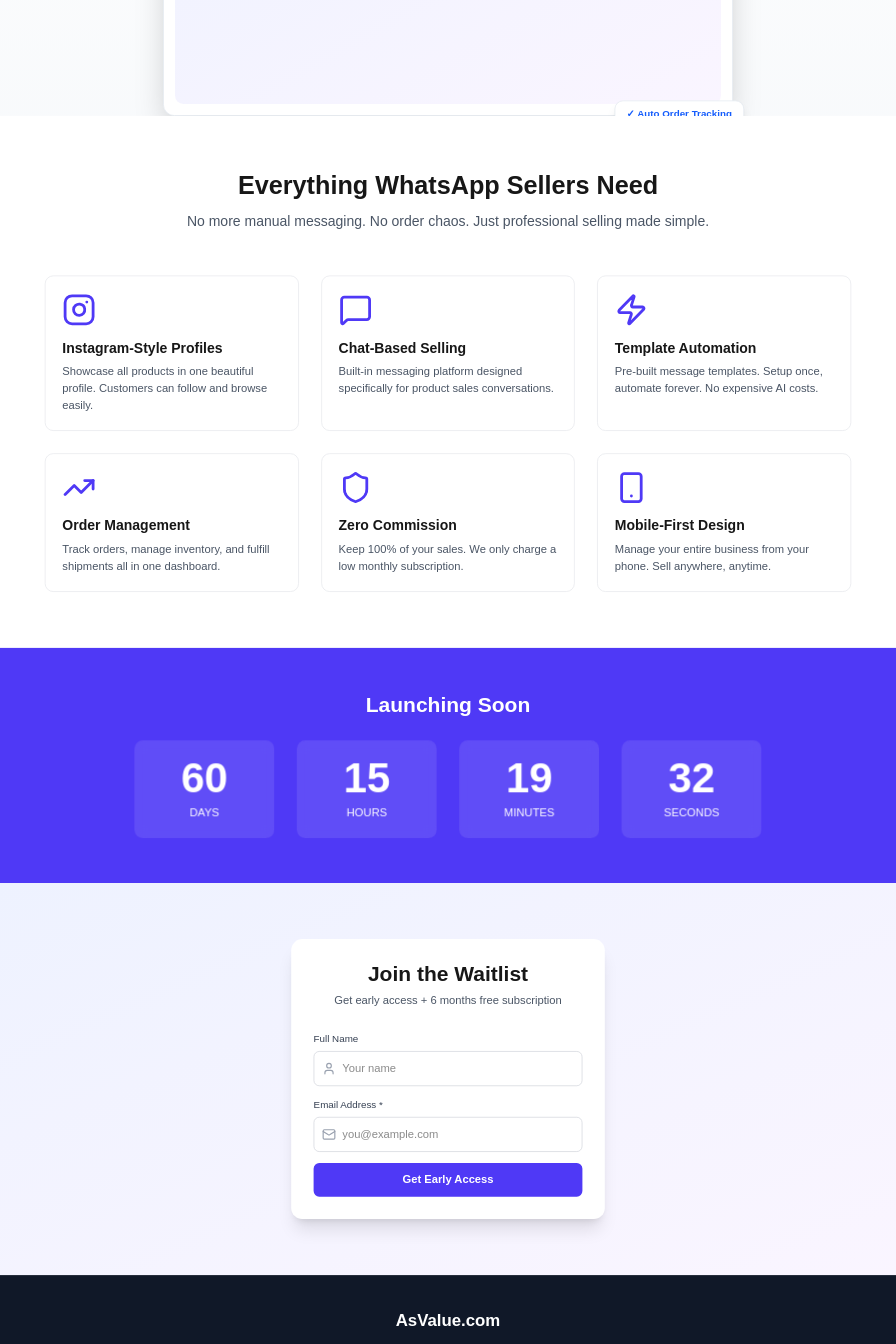
Repository: vikkii2005/asvalue-waitlist
Page: /
These files come from the project's save history. The page is drawn as it stood at one moment and after the next save; the edit follows.
The browser window is 1280 px wide. The pictures show the part of the page from y = 1112 to 3032 px (the page is 3137 px tall before and 3761 px after), at 70% of full size.
The page's requests for data from a server got no answer. The project was rebuilt for these pictures with package versions that can differ from the ones it lists, and the page was loaded fresh each time. The framework's server and built-in components were replaced by stand-ins that run in the browser. No one was signed in, and anything a server would have sent is missing. Also part of the build but not shown: next.config.ts.

Above is the page before, as saved 2025-10-31 08:55:29.

### app/layout.tsx
import { Analytics } from '@vercel/analytics/react'
import type { Metadata } from 'next'
import './globals.css'

export const metadata: Metadata = {
  title: 'AsValue - Professional WhatsApp Selling Platform',
  description: 'Transform your WhatsApp business with automated messaging, order management, and zero commission. Join the waitlist today!',
  openGraph: {
    title: 'AsValue - Sell Like a Pro on WhatsApp',
    description: 'Zero commission WhatsApp selling platform',
    url: 'https://asvalue.com',
  },
}

export default function RootLayout({
  children,
}: {
  children: React.ReactNode
}) {
  return (
    <html lang="en">
      <body className="antialiased">
        {children}
        <Analytics />
      </body>
    </html>
  )
}

### app/page.tsx
import Hero from '@/components/Hero'
import Features from '@/components/Features'
import WaitlistForm from '@/components/WaitlistForm'
import CountdownTimer from '@/components/CountdownTimer'

export default function Home() {
  return (
    <main className="min-h-screen">
      <Hero />
      <Features />
      <CountdownTimer />
      <WaitlistForm />

      {/* Footer */}
      <footer className="bg-gray-900 text-white py-12 px-4">
        <div className="max-w-6xl mx-auto text-center">
          <h3 className="text-2xl font-bold mb-4">AsValue.com</h3>
          <p className="text-gray-400">
            Professional WhatsApp selling platform • Zero commission • Subscription-based
          </p>
          <p className="text-gray-500 mt-4 text-sm">
            © 2025 AsValue. All rights reserved.
          </p>
        </div>
      </footer>
    </main>
  )
}

### components/Hero.tsx
'use client'

import { ArrowRight, CheckCircle, Star } from 'lucide-react'

export default function Hero() {
  return (
    <section className="relative min-h-screen flex items-center justify-center bg-gradient-to-b from-slate-50 via-white to-slate-50 px-4 overflow-hidden">
      {/* Background Gradient Orbs */}
      <div className="absolute top-0 left-1/4 w-96 h-96 bg-indigo-200 rounded-full mix-blend-multiply filter blur-3xl opacity-20 animate-blob"></div>
      <div className="absolute top-0 right-1/4 w-96 h-96 bg-purple-200 rounded-full mix-blend-multiply filter blur-3xl opacity-20 animate-blob animation-delay-2000"></div>
      <div className="absolute bottom-0 left-1/3 w-96 h-96 bg-pink-200 rounded-full mix-blend-multiply filter blur-3xl opacity-20 animate-blob animation-delay-4000"></div>

      <div className="relative max-w-7xl mx-auto">
        {/* Trust Indicators */}
        <div className="flex justify-center items-center gap-6 mb-8">
          <div className="flex items-center gap-2 bg-white rounded-full px-4 py-2 shadow-sm border border-slate-200">
            <Star className="w-4 h-4 text-yellow-500 fill-yellow-500" />
            <span className="text-sm font-medium text-slate-700">Trusted by 1000+ sellers</span>
          </div>
          <div className="flex items-center gap-2 bg-white rounded-full px-4 py-2 shadow-sm border border-slate-200">
            <CheckCircle className="w-4 h-4 text-green-600" />
            <span className="text-sm font-medium text-slate-700">Zero Commission</span>
          </div>
        </div>

        {/* Main Content */}
        <div className="text-center max-w-5xl mx-auto">
          <h1 className="text-6xl md:text-7xl lg:text-8xl font-bold text-slate-900 mb-6 leading-tight tracking-tight">
            Stop Losing Sales
            <br />
            <span className="bg-gradient-to-r from-indigo-600 via-purple-600 to-pink-600 bg-clip-text text-transparent">
              Start Selling Smart
            </span>
          </h1>

          <p className="text-xl md:text-2xl text-slate-600 mb-4 max-w-3xl mx-auto leading-relaxed">
            AsValue transforms chaotic WhatsApp selling into a professional business with Instagram-style profiles, automated messaging, and seamless order management.
          </p>

          <p className="text-lg text-slate-500 mb-12 max-w-2xl mx-auto">
            Join thousands of WhatsApp sellers who eliminated manual messaging chaos and now close 3x more sales with our all-in-one platform.
          </p>

          {/* CTA Buttons */}
          <div className="flex flex-col sm:flex-row items-center justify-center gap-4 mb-12">
            <button
              onClick={() => document.getElementById('waitlist-form')?.scrollIntoView({ behavior: 'smooth' })}
              className="group bg-indigo-600 hover:bg-indigo-700 text-white px-8 py-4 rounded-xl font-semibold text-lg flex items-center gap-2 transition-all transform hover:scale-105 shadow-lg hover:shadow-xl"
            >
              Join Waitlist - Get 6 Months Free
              <ArrowRight className="w-5 h-5 group-hover:translate-x-1 transition-transform" />
            </button>
            <button
              onClick={() => document.getElementById('problems')?.scrollIntoView({ behavior: 'smooth' })}
              className="bg-white hover:bg-slate-50 text-slate-700 border-2 border-slate-300 px-8 py-4 rounded-xl font-semibold text-lg transition-all"
            >
              See How It Works
            </button>
          </div>

          {/* Early Bird Benefits */}
          <div className="inline-flex items-center gap-2 bg-gradient-to-r from-yellow-50 to-orange-50 border border-yellow-200 px-6 py-3 rounded-full">
            <span className="text-2xl">🎁</span>
            <span className="text-sm font-medium text-slate-700">
              <strong>Early members only:</strong> 6 months free + lifetime founding member perks + priority support
            </span>
          </div>
        </div>

        {/* Mock Dashboard Preview */}
        <div className="mt-16 relative">
          <div className="bg-white rounded-2xl shadow-2xl border border-slate-200 p-4 max-w-5xl mx-auto">
            <div className="bg-gradient-to-br from-indigo-50 to-purple-50 rounded-xl aspect-video flex items-center justify-center">
              <div className="text-center p-8">
                <div className="w-20 h-20 bg-indigo-600 rounded-2xl mx-auto mb-4 flex items-center justify-center">
                  <span className="text-4xl">📱</span>
                </div>
                <p className="text-slate-600 font-medium">Platform Preview Coming Soon</p>
              </div>
            </div>
          </div>
          {/* Floating Elements */}
          <div className="absolute -top-4 -left-4 bg-white rounded-xl shadow-lg px-4 py-2 border border-slate-200">
            <p className="text-sm font-semibold text-green-600">✓ No Manual Messages</p>
          </div>
          <div className="absolute -bottom-4 -right-4 bg-white rounded-xl shadow-lg px-4 py-2 border border-slate-200">
            <p className="text-sm font-semibold text-blue-600">✓ Auto Order Tracking</p>
          </div>
        </div>
      </div>
    </section>
  )
}

### components/Features.tsx
import { Instagram, MessageSquare, Zap, TrendingUp, Shield, Smartphone } from 'lucide-react'

const features = [
  {
    icon: Instagram,
    title: 'Instagram-Style Profiles',
    description: 'Showcase all products in one beautiful profile. Customers can follow and browse easily.'
  },
  {
    icon: MessageSquare,
    title: 'Chat-Based Selling',
    description: 'Built-in messaging platform designed specifically for product sales conversations.'
  },
  {
    icon: Zap,
    title: 'Template Automation',
    description: 'Pre-built message templates. Setup once, automate forever. No expensive AI costs.'
  },
  {
    icon: TrendingUp,
    title: 'Order Management',
    description: 'Track orders, manage inventory, and fulfill shipments all in one dashboard.'
  },
  {
    icon: Shield,
    title: 'Zero Commission',
    description: 'Keep 100% of your sales. We only charge a low monthly subscription.'
  },
  {
    icon: Smartphone,
    title: 'Mobile-First Design',
    description: 'Manage your entire business from your phone. Sell anywhere, anytime.'
  }
]

export default function Features() {
  return (
    <section className="py-20 px-4 bg-white">
      <div className="max-w-6xl mx-auto">
        <h2 className="text-4xl font-bold text-center mb-4">
          Everything WhatsApp Sellers Need
        </h2>
        <p className="text-xl text-gray-600 text-center mb-16">
          No more manual messaging. No order chaos. Just professional selling made simple.
        </p>

        <div className="grid md:grid-cols-2 lg:grid-cols-3 gap-8">
          {features.map((feature, index) => (
            <div key={index} className="p-6 rounded-xl border border-gray-200 hover:border-indigo-300 hover:shadow-lg transition-all">
              <feature.icon className="w-12 h-12 text-indigo-600 mb-4" />
              <h3 className="text-xl font-semibold mb-2">{feature.title}</h3>
              <p className="text-gray-600">{feature.description}</p>
            </div>
          ))}
        </div>
      </div>
    </section>
  )
}

### components/WaitlistForm.tsx
'use client'

import { useState, useEffect } from 'react'
import { supabase } from '@/lib/supabase'
import toast, { Toaster } from 'react-hot-toast'
import { Loader2, Mail, User } from 'lucide-react'

export default function WaitlistForm() {
  const [email, setEmail] = useState('')
  const [fullName, setFullName] = useState('')
  const [loading, setLoading] = useState(false)
  const [referralCode, setReferralCode] = useState<string | null>(null)
  const [showDashboard, setShowDashboard] = useState(false)
  const [userReferralCode, setUserReferralCode] = useState('')

  useEffect(() => {
    // Get referral code from URL
    const params = new URLSearchParams(window.location.search)
    const ref = params.get('ref')
    if (ref) {
      setReferralCode(ref)
      localStorage.setItem('referralCode', ref)
    }
  }, [])

  const generateReferralCode = () => {
    return Math.random().toString(36).substring(2, 10).toUpperCase()
  }

  const handleSubmit = async (e: React.FormEvent) => {
    e.preventDefault()
    setLoading(true)

    try {
      const newReferralCode = generateReferralCode()

      // Insert user into waitlist
      const { data, error } = await supabase
        .from('waitlist')
        .insert([
          {
            email,
            full_name: fullName,
            referral_code: newReferralCode,
            referred_by: referralCode || null
          }
        ])
        .select()

      if (error) throw error

      // Update referrer's count if they exist
      if (referralCode) {
        await supabase.rpc('increment_referral_count', {
          ref_code: referralCode
        })
      }

      setUserReferralCode(newReferralCode)
      setShowDashboard(true)
      toast.success('🎉 You\'re on the waitlist!')

    } catch (error: any) {
      if (error.code === '23505') {
        toast.error('This email is already registered!')
      } else {
        toast.error('Something went wrong. Please try again.')
      }
    } finally {
      setLoading(false)
    }
  }

  if (showDashboard) {
    return <ReferralDashboard referralCode={userReferralCode} email={email} />
  }

  return (
    <section id="waitlist-form" className="py-20 px-4 bg-gradient-to-br from-indigo-50 to-purple-50">
      <Toaster position="top-center" />
      <div className="max-w-md mx-auto">
        <div className="bg-white rounded-2xl shadow-xl p-8">
          <h2 className="text-3xl font-bold text-center mb-2">
            Join the Waitlist
          </h2>
          <p className="text-gray-600 text-center mb-8">
            Get early access + 6 months free subscription
          </p>

          <form onSubmit={handleSubmit} className="space-y-4">
            <div>
              <label className="block text-sm font-medium text-gray-700 mb-2">
                Full Name
              </label>
              <div className="relative">
                <User className="absolute left-3 top-1/2 transform -translate-y-1/2 w-5 h-5 text-gray-400" />
                <input
                  type="text"
                  value={fullName}
                  onChange={(e) => setFullName(e.target.value)}
                  className="w-full pl-10 pr-4 py-3 border border-gray-300 rounded-lg focus:ring-2 focus:ring-indigo-500 focus:border-transparent"
                  placeholder="Your name"
                />
              </div>
            </div>

            <div>
              <label className="block text-sm font-medium text-gray-700 mb-2">
                Email Address *
              </label>
              <div className="relative">
                <Mail className="absolute left-3 top-1/2 transform -translate-y-1/2 w-5 h-5 text-gray-400" />
                <input
                  type="email"
                  value={email}
                  onChange={(e) => setEmail(e.target.value)}
                  required
                  className="w-full pl-10 pr-4 py-3 border border-gray-300 rounded-lg focus:ring-2 focus:ring-indigo-500 focus:border-transparent"
                  placeholder="you@example.com"
                />
              </div>
            </div>

            <button
              type="submit"
              disabled={loading}
              className="w-full bg-indigo-600 hover:bg-indigo-700 disabled:bg-gray-400 text-white py-3 rounded-lg font-semibold flex items-center justify-center gap-2 transition-all"
            >
              {loading ? (
                <>
                  <Loader2 className="w-5 h-5 animate-spin" />
                  Joining...
                </>
              ) : (
                'Get Early Access'
              )}
            </button>
          </form>

          {referralCode && (
            <p className="mt-4 text-sm text-center text-green-600">
              ✨ You were referred! You'll both move up the waitlist.
            </p>
          )}
        </div>
      </div>
    </section>
  )
}

### components/CountdownTimer.tsx
'use client'

import { useState, useEffect } from 'react'

export default function CountdownTimer() {
  const [timeLeft, setTimeLeft] = useState({
    days: 0,
    hours: 0,
    minutes: 0,
    seconds: 0
  })

  useEffect(() => {
    // Set your launch date here
    const launchDate = new Date('2025-12-31T00:00:00').getTime()

    const timer = setInterval(() => {
      const now = new Date().getTime()
      const distance = launchDate - now

      setTimeLeft({
        days: Math.floor(distance / (1000 * 60 * 60 * 24)),
        hours: Math.floor((distance % (1000 * 60 * 60 * 24)) / (1000 * 60 * 60)),
        minutes: Math.floor((distance % (1000 * 60 * 60)) / (1000 * 60)),
        seconds: Math.floor((distance % (1000 * 60)) / 1000)
      })
    }, 1000)

    return () => clearInterval(timer)
  }, [])

  return (
    <section className="py-16 px-4 bg-indigo-600 text-white">
      <div className="max-w-4xl mx-auto text-center">
        <h2 className="text-3xl font-bold mb-8">Launching Soon</h2>
        <div className="grid grid-cols-4 gap-4 md:gap-8">
          {Object.entries(timeLeft).map(([unit, value]) => (
            <div key={unit} className="bg-white/10 backdrop-blur rounded-xl p-6">
              <div className="text-4xl md:text-6xl font-bold">{value}</div>
              <div className="text-sm md:text-base uppercase mt-2">{unit}</div>
            </div>
          ))}
        </div>
      </div>
    </section>
  )
}

Loaded but not shown: app/globals.css (common file); lib/supabase.ts (common file)

After the next save:
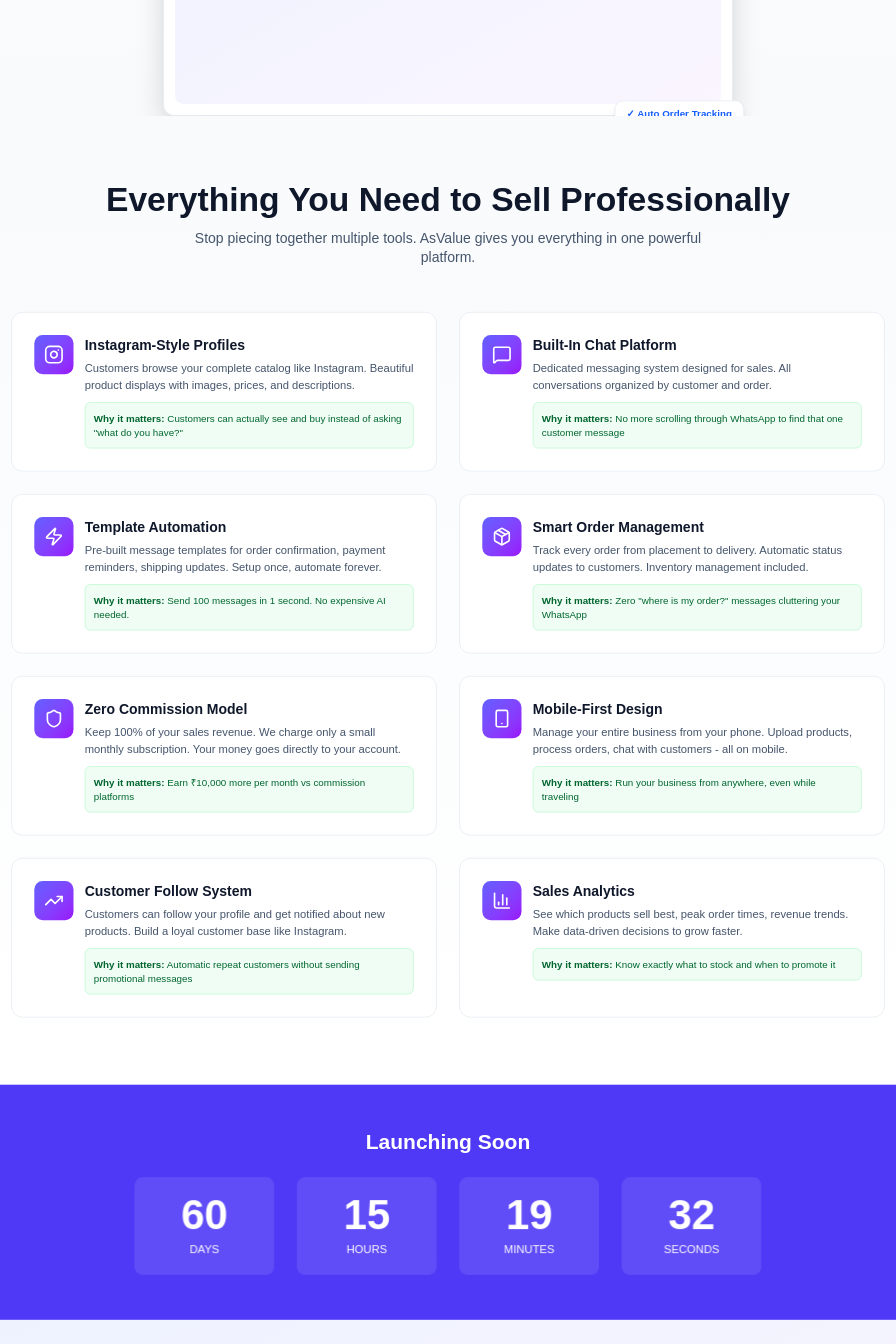
Saved 10 s later.
--- a/components/Features.tsx
+++ b/components/Features.tsx
@@ -1,55 +1,91 @@
-import { Instagram, MessageSquare, Zap, TrendingUp, Shield, Smartphone } from 'lucide-react'
+import { Instagram, MessageSquare, Zap, TrendingUp, Shield, Smartphone, Package, BarChart3 } from 'lucide-react'
 
 const features = [
   {
     icon: Instagram,
     title: 'Instagram-Style Profiles',
-    description: 'Showcase all products in one beautiful profile. Customers can follow and browse easily.'
+    description: 'Customers browse your complete catalog like Instagram. Beautiful product displays with images, prices, and descriptions.',
+    benefit: 'Customers can actually see and buy instead of asking "what do you have?"'
   },
   {
     icon: MessageSquare,
-    title: 'Chat-Based Selling',
-    description: 'Built-in messaging platform designed specifically for product sales conversations.'
+    title: 'Built-In Chat Platform',
+    description: 'Dedicated messaging system designed for sales. All conversations organized by customer and order.',
+    benefit: 'No more scrolling through WhatsApp to find that one customer message'
   },
   {
     icon: Zap,
     title: 'Template Automation',
-    description: 'Pre-built message templates. Setup once, automate forever. No expensive AI costs.'
+    description: 'Pre-built message templates for order confirmation, payment reminders, shipping updates. Setup once, automate forever.',
+    benefit: 'Send 100 messages in 1 second. No expensive AI needed.'
   },
   {
-    icon: TrendingUp,
-    title: 'Order Management',
-    description: 'Track orders, manage inventory, and fulfill shipments all in one dashboard.'
+    icon: Package,
+    title: 'Smart Order Management',
+    description: 'Track every order from placement to delivery. Automatic status updates to customers. Inventory management included.',
+    benefit: 'Zero "where is my order?" messages cluttering your WhatsApp'
   },
   {
     icon: Shield,
-    title: 'Zero Commission',
-    description: 'Keep 100% of your sales. We only charge a low monthly subscription.'
+    title: 'Zero Commission Model',
+    description: 'Keep 100% of your sales revenue. We charge only a small monthly subscription. Your money goes directly to your account.',
+    benefit: 'Earn ₹10,000 more per month vs commission platforms'
   },
   {
     icon: Smartphone,
     title: 'Mobile-First Design',
-    description: 'Manage your entire business from your phone. Sell anywhere, anytime.'
+    description: 'Manage your entire business from your phone. Upload products, process orders, chat with customers - all on mobile.',
+    benefit: 'Run your business from anywhere, even while traveling'
+  },
+  {
+    icon: TrendingUp,
+    title: 'Customer Follow System',
+    description: 'Customers can follow your profile and get notified about new products. Build a loyal customer base like Instagram.',
+    benefit: 'Automatic repeat customers without sending promotional messages'
+  },
+  {
+    icon: BarChart3,
+    title: 'Sales Analytics',
+    description: 'See which products sell best, peak order times, revenue trends. Make data-driven decisions to grow faster.',
+    benefit: 'Know exactly what to stock and when to promote it'
   }
 ]
 
 export default function Features() {
   return (
-    <section className="py-20 px-4 bg-white">
-      <div className="max-w-6xl mx-auto">
-        <h2 className="text-4xl font-bold text-center mb-4">
-          Everything WhatsApp Sellers Need
-        </h2>
-        <p className="text-xl text-gray-600 text-center mb-16">
-          No more manual messaging. No order chaos. Just professional selling made simple.
-        </p>
+    <section className="py-24 px-4 bg-gradient-to-b from-slate-50 to-white">
+      <div className="max-w-7xl mx-auto">
+        <div className="text-center mb-16">
+          <h2 className="text-5xl font-bold text-slate-900 mb-4">
+            Everything You Need to Sell Professionally
+          </h2>
+          <p className="text-xl text-slate-600 max-w-3xl mx-auto">
+            Stop piecing together multiple tools. AsValue gives you everything in one powerful platform.
+          </p>
+        </div>
 
-        <div className="grid md:grid-cols-2 lg:grid-cols-3 gap-8">
+        <div className="grid md:grid-cols-2 gap-8">
           {features.map((feature, index) => (
-            <div key={index} className="p-6 rounded-xl border border-gray-200 hover:border-indigo-300 hover:shadow-lg transition-all">
-              <feature.icon className="w-12 h-12 text-indigo-600 mb-4" />
-              <h3 className="text-xl font-semibold mb-2">{feature.title}</h3>
-              <p className="text-gray-600">{feature.description}</p>
+            <div
+              key={index}
+              className="group bg-white p-8 rounded-2xl border border-slate-200 hover:border-indigo-300 hover:shadow-xl transition-all duration-300"
+            >
+              <div className="flex items-start gap-4">
+                <div className="flex-shrink-0">
+                  <div className="w-14 h-14 bg-gradient-to-br from-indigo-500 to-purple-600 rounded-xl flex items-center justify-center group-hover:scale-110 transition-transform">
+                    <feature.icon className="w-7 h-7 text-white" />
+                  </div>
+                </div>
+                <div className="flex-1">
+                  <h3 className="text-xl font-bold text-slate-900 mb-2">{feature.title}</h3>
+                  <p className="text-slate-600 mb-3">{feature.description}</p>
+                  <div className="bg-green-50 border border-green-200 rounded-lg p-3">
+                    <p className="text-sm font-medium text-green-800">
+                      <strong>Why it matters:</strong> {feature.benefit}
+                    </p>
+                  </div>
+                </div>
+              </div>
             </div>
           ))}
         </div>
